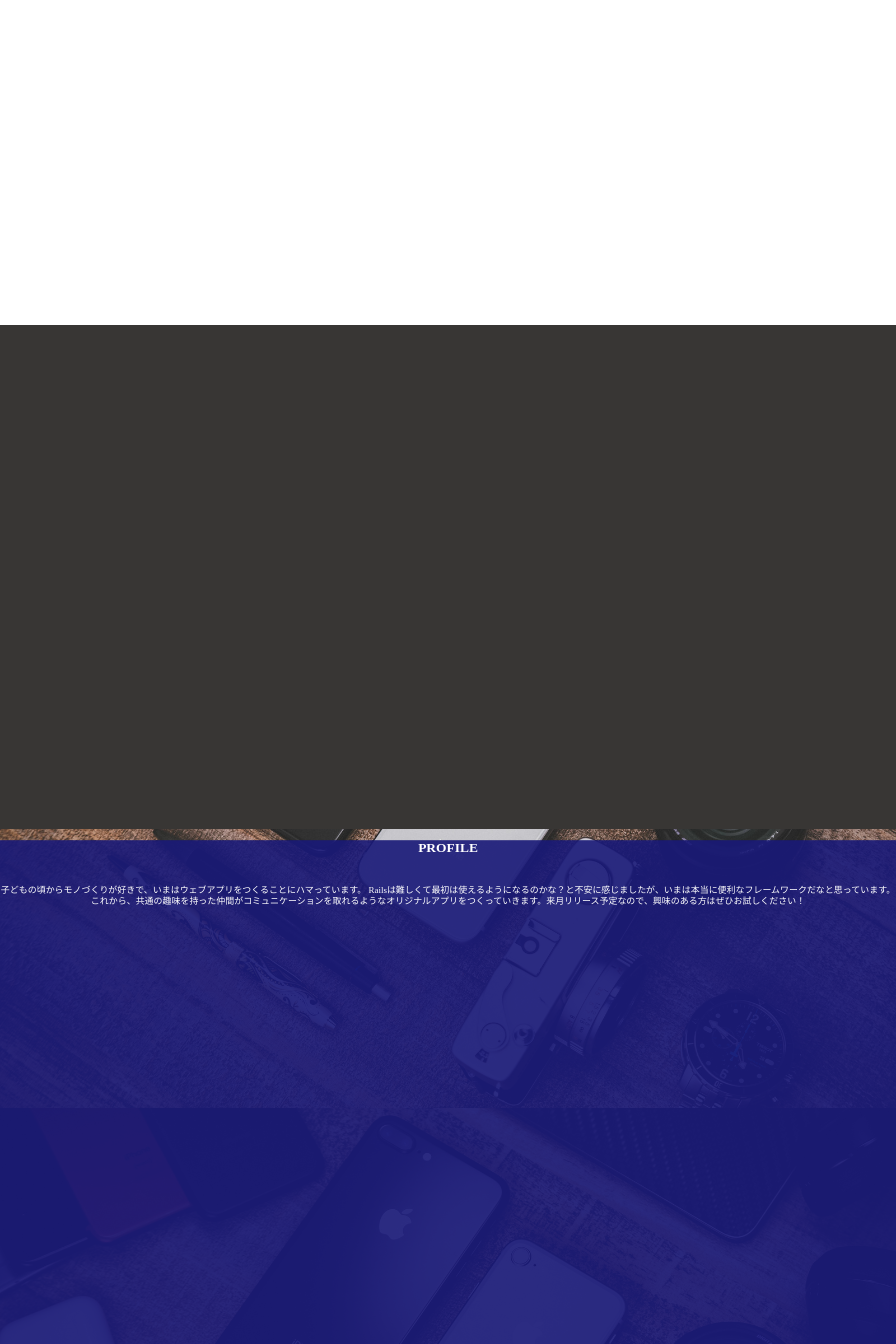
Repository: Kame0012/git_nekotter
Page: HTML-lesson/index.html
The author's editor kept a record of every edit. The page is drawn from the files as they stood at one moment, then again after the next edit.
The browser window is 1280 px wide. The pictures show the part of the page from y = 976 to 2896 px (the page is 2896 px tall before and 2880 px after), at 70% of full size.
Backgrounds fixed to the window are drawn as part of the page.

Above is the page before.

### HTML-lesson/index.html
<html>
<head>
  <meta charset="UTF-8" />
  <title></title>
  <link rel="stylesheet" href="normalize.css">
  <link rel="stylesheet" href="style.css">
</head>
<body>
  <header class="header">
    <p class="site-title-sub">----- Web application portfolio -----</p>
    <h1 class="site-title">My WORKS</h1>
    <p class="site-description">Check out some of my works.</p>
    <div class="buttons">
    <a class="button" href="#about">Learn MORE</a>
    <a class="button button-orange" href="#contact">SEND MESSAGE</a>
  </div>

  </header>

  <section class="about" id="about">
  </section>

  <section class="works">
  </section>

  <section class="contact" id="contact">
    <h2 class="heading">PROFILE</h2>
  　<p class="about-text">
    子どもの頃からモノづくりが好きで、いまはウェブアプリをつくることにハマっています。
    Railsは難しくて最初は使えるようになるのかな？と不安に感じましたが、いまは本当に便利なフレームワークだなと思っています。<br>
    これから、共通の趣味を持った仲間がコミュニケーションを取れるようなオリジナルアプリをつくっていきます。来月リリース予定なので、興味のある方はぜひお試しください！
  </p>
  </section>
</body>
</html>

### HTML-lesson/style.css
* {
    box-sizing: border-box;
}

body {
    color: #fff;
    text-align: center;
    font-size: 0.8rem;
    background: url('images/bg.jpg') fixed;
    background-size: cover;
}

.header {
    padding: 170px 30px 80px;
    height: 100vh;
    background-color: rgba(25, 25, 120, 0.9);
}

.site-title-sub {
    margin: 0 0 30px;
    letter-spacing: 1px;
    font-size: 1.2rem;
}

.site-title {
    margin: 50px;
    font-size: 4.5rem;
}

.site-description {
    margin-bottom: 50px;
    color: #888;
}

.button {
    display: inline-block;
    width: 200px;
    padding: 20px;
    margin: 10px;
    border-radius: 4px;
    background-color: #afa58d;
    color: #fff;
    text-decoration: none;
    letter-spacing: 1px;
    font-size: 0.7rem;
}

.button:hover {
    opacity: 0.9;
}

.button-orange {
    background-color: #f1b400;
}

.about {
  height: 100vh;
  background-color: #ffffff;
}

.works {
  height: 100vh;
  background-color: #383634;
}

.contact {
  height: 100vh;
  background-color: rgba(25, 25, 120, 0.9);
}

Loaded but not shown: HTML-lesson/normalize.css (library)

After the next edit:
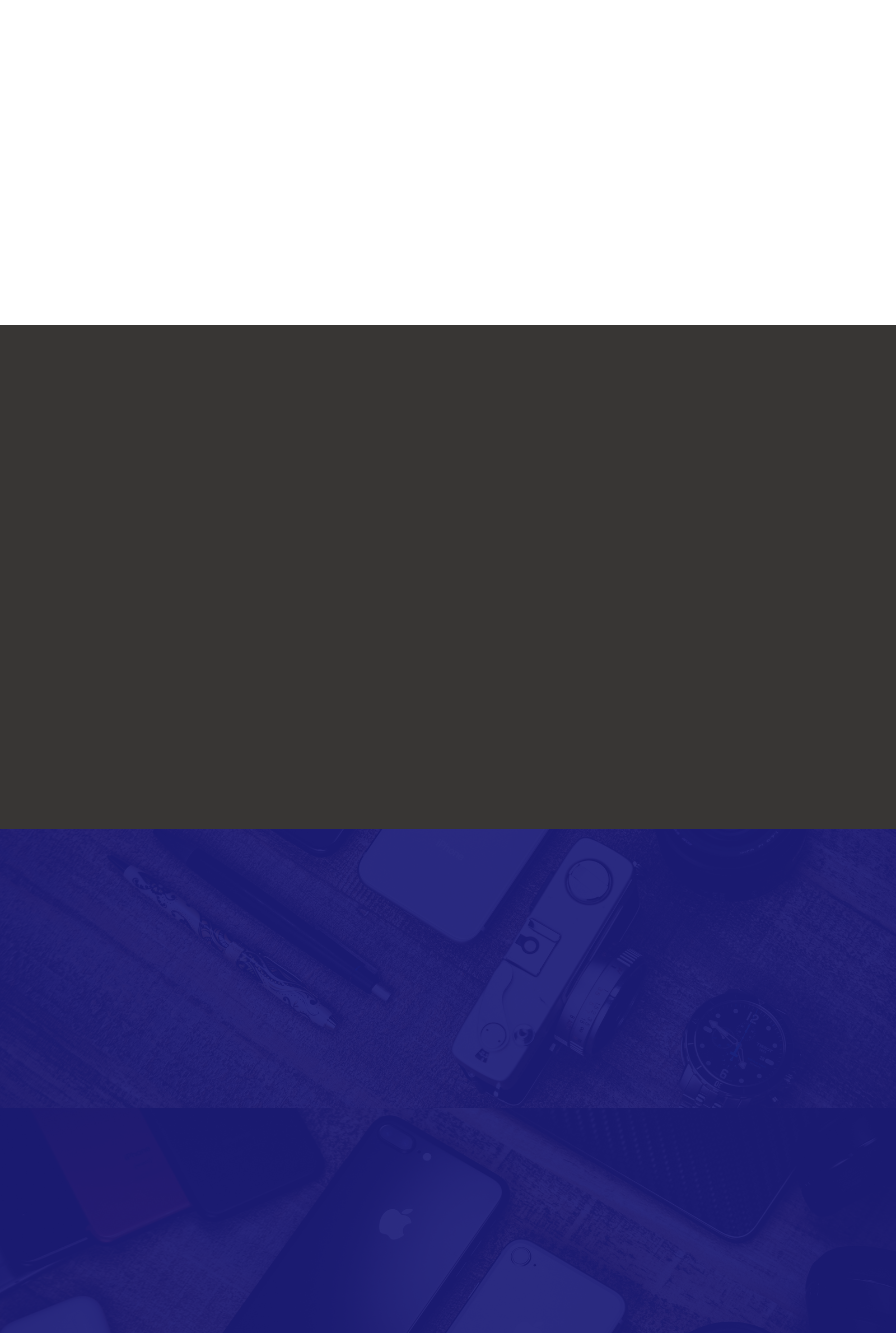
The edit:
--- a/HTML-lesson/index.html
+++ b/HTML-lesson/index.html
@@ -24,12 +24,6 @@
   </section>
 
   <section class="contact" id="contact">
-    <h2 class="heading">PROFILE</h2>
-  　<p class="about-text">
-    子どもの頃からモノづくりが好きで、いまはウェブアプリをつくることにハマっています。
-    Railsは難しくて最初は使えるようになるのかな？と不安に感じましたが、いまは本当に便利なフレームワークだなと思っています。<br>
-    これから、共通の趣味を持った仲間がコミュニケーションを取れるようなオリジナルアプリをつくっていきます。来月リリース予定なので、興味のある方はぜひお試しください！
-  </p>
   </section>
 </body>
 </html>
